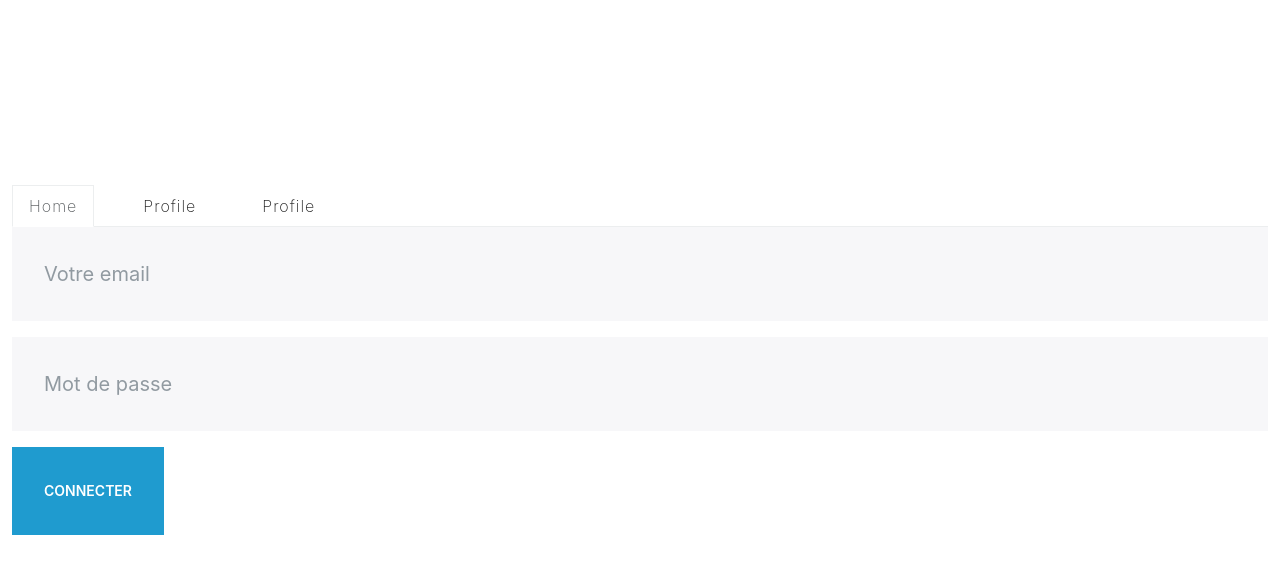
Repository: gal1aoui/BankManagement-AdminActions-JEE
Page: http://localhost/ProjectWeb/Create.jsp
These files come from the project's save history. The page is drawn as it stood at one moment and after the next save; the edit follows.
The browser window is 1280 px wide. The pictures show the whole page.
Some web fonts or font styles are not loaded; a fallback is used. The page is served by Tomcat 9. Nobody is signed in. The application's start-up code is not run. Other server files are loaded and not shown.

Above is the page before, as saved 2021-12-28 01:08:50.

### ProjectWeb/WebContent/Create.jsp
<%@ page language="java" contentType="text/html; charset=ISO-8859-1"
    pageEncoding="ISO-8859-1"%>
<!DOCTYPE html PUBLIC "-//W3C//DTD HTML 4.01 Transitional//EN" "http://www.w3.org/TR/html4/loose.dtd">
<html>
<head>
<meta http-equiv="Content-Type" content="text/html; charset=ISO-8859-1">
<title>Insert title here</title>
<link rel="stylesheet" href="https://bootswatch.com/5/lux/bootstrap.min.css">
</head>
<style>
body,html{
	height:100%;
}
</style>
<body>
	<div class="container-fluid h-100">
    <div class="row justify-content-center align-items-center h-100">
        <div class="col">
            <ul class="nav nav-tabs">
  				<li class="nav-item">
    				<a class="nav-link active" data-bs-toggle="tab" href="#home">Home</a>
  				</li>
  				<li class="nav-item">
    				<a class="nav-link" data-bs-toggle="tab" href="#profile">Profile</a>
  				</li>
  				<li class="nav-item">
    				<a class="nav-link" data-bs-toggle="tab" href="#tog">Profile</a>
  				</li>
			</ul>
	<div id="myTabContent" class="tab-content">
  	<div class="tab-pane fade show active" id="home">
   			<form action="home" method="post">
                <div class="form-group mb-3">
                    <input class="form-control form-control-lg" placeholder="Votre email" type="text">
                </div>
                <div class="form-group mb-3">
                    <input class="form-control form-control-lg" placeholder="Mot de passe" type="password">
                </div>
                <div class="form-group">
                    <button class="btn btn-info btn-lg btn-block">Connecter</button>
                </div>
            </form>
  	</div>
  	<div class="tab-pane fade" id="profile">
    <form action="home" method="post">
                <div class="form-group mb-3">
                    <input class="form-control form-control-lg" placeholder="Votre email" type="text">
                </div>
                <div class="form-group mb-3">
                    <input class="form-control form-control-lg" placeholder="Mot de passe" type="password">
                </div>
                <div class="form-group">
                    <button class="btn btn-info btn-lg btn-block">Connecter</button>
                </div>
            </form>
  	</div>
  	<div class="tab-pane fade" id="tog">
    	<form action="home" method="post">
                <div class="form-group mb-3">
                    <input class="form-control form-control-lg" placeholder="Votre email" type="text">
                </div>
                <div class="form-group mb-3">
                    <input class="form-control form-control-lg" placeholder="Mot de passe" type="password">
                </div>
                <div class="form-group">
                    <button class="btn btn-info btn-lg btn-block">Connecter</button>
                </div>
            </form>
    </div>
</div>
        </div>
    </div>
</div>

<script src="https://cdn.jsdelivr.net/npm/bootstrap@5.0.2/dist/js/bootstrap.bundle.min.js" integrity="sha384-MrcW6ZMFYlzcLA8Nl+NtUVF0sA7MsXsP1UyJoMp4YLEuNSfAP+JcXn/tWtIaxVXM" crossorigin="anonymous"></script>
</body>
</html>

After the next save:
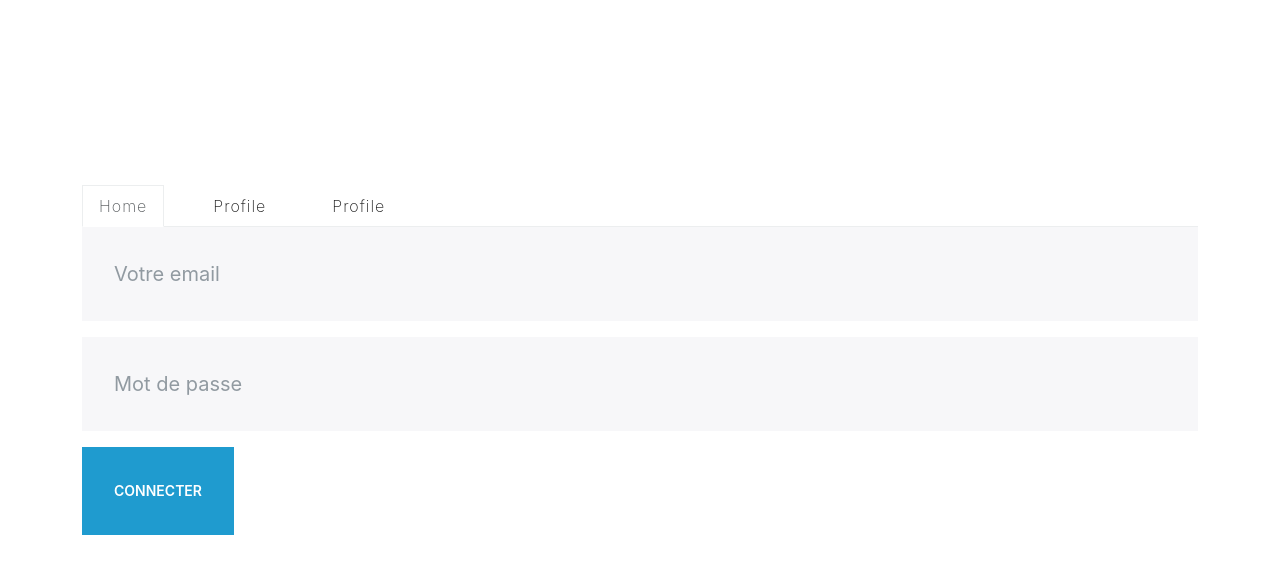
Saved 28 s later.
--- a/ProjectWeb/WebContent/Create.jsp
+++ b/ProjectWeb/WebContent/Create.jsp
@@ -13,7 +13,7 @@ body,html{
 }
 </style>
 <body>
-	<div class="container-fluid h-100">
+	<div class="container h-100">
     <div class="row justify-content-center align-items-center h-100">
         <div class="col">
             <ul class="nav nav-tabs">
